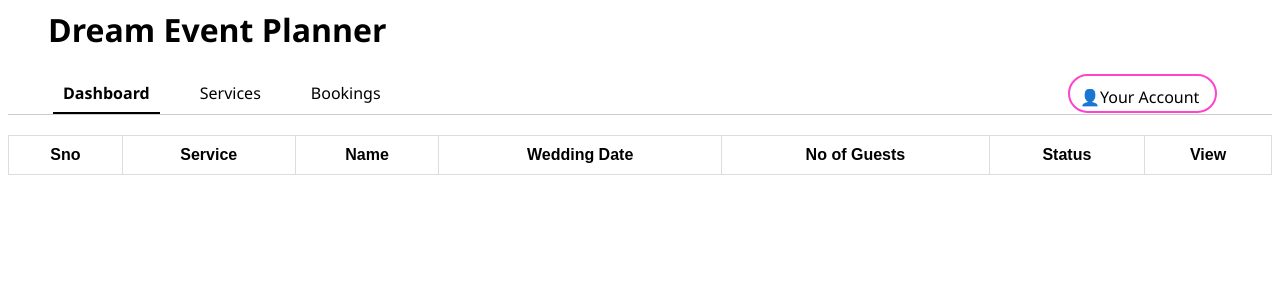
Repository: rajeshwari16945/Dream_Event_planner
Page: dep-admin-vendor-svc/src/main/resources/static/html/UserBookings.html
These files come from the project's save history. The page is drawn as it stood at one moment and after the next save; the edit follows.
The browser window is 1280 px wide. The pictures show the whole page.
The page's requests for data from a server got no answer.

Above is the page before, as saved 2025-03-08 21:06:26.

### dep-admin-vendor-svc/src/main/resources/static/html/UserBookings.html
<!DOCTYPE html>
<html>
	<head>
		<meta charset="UTF-8"/>
		<title>Dream Event Planner</title>
		<link type="text/css" rel="stylesheet" href="../css/style.css">
		<script src="https://ajax.googleapis.com/ajax/libs/jquery/3.7.1/jquery.min.js"></script>
		<script src="../javascript/vendorCheckSession.js"></script>
		<script src="../javascript/UserNavigationJQ.js"></script>
		<script src="../javascript/Bookings.js"></script>
		<script>
		  fetch('vendorNavigation.html')
		    .then(response => response.text())
		    .then(data => {
		      document.getElementById('content').innerHTML = data;
		    });
		</script>
	</head>
	<body>
		<div id="content"></div>
		<main>
			<table class="bookings-table">
				<thead class="bookings-thead"><tr><td>Sno</td><td>Service</td><td>Name</td><td>Wedding Date</td><td>No of Guests</td><td>Status</td><td>View</td></tr></thead>
				<tbody class="bookings-tbody" id="tbody"></tbody>
			</table>
		</main>
	</body>
</html>

### dep-admin-vendor-svc/src/main/resources/static/html/vendorNavigation.html
<!DOCTYPE html>
<html>
	<head>
		<meta charset="utf-8">
		<title>Dream Event Planner</title>
		<link type="text/css" rel="stylesheet" href="../css/style.css">
	</head>
	<body>
		<div class="user_nav_main">
			<h1 class="top-heading">Dream Event Planner</h1>
			<div class="topnav">
                <div class="float-left">
					<ul class="user-nav-menu">
	                    <li><a class="nav-items active" href="VendorDashboard.html">Dashboard</a></li>
	                    <li><a href="service.html">Services</a></li>
	                    <li><a class="nav-items" href="Bookings.html">Bookings</a></li>
					</ul>
                </div>
                <div class="float-right">
					<ul class="user-nav-menu">
						<li class="dropdown">
							<a href="" class="account-menu">👤Your Account</a>
							<ul class="dropdown-menu">
								<li><a href="VendorSettings.html">Account Settings</a></li>
								<li><button id="logoutButton">Log out</button></li>
							</ul>
						</li>
					</ul>
                </div>
            </div>
		</div>
	</body>
</html>

### dep-admin-vendor-svc/src/main/resources/static/html/userNavigation.html
<!DOCTYPE html>
<html>
	<head>
		<meta charset="utf-8">
		<title>Dream Event Planner</title>
		<link type="text/css" rel="stylesheet" href="../css/style.css">
		<script>
		    document.addEventListener("DOMContentLoaded", function () {
		        // Get the current page URL
		        let currentPage = window.location.pathname.split("/").pop();
		        // Select all navigation links
		        let navLinks = document.querySelectorAll(".user-nav-menu a");
		        // Loop through links and add the 'active' class if the href matches the page
		        navLinks.forEach(link => {
		            if (link.getAttribute("href") === currentPage) {
		                link.classList.add("active");
		            }
		        });
		    });
		</script>
	</head>
	<body>
		<div class="user_nav_main">
			<h1 class="top-heading">Dream Event Planner</h1>
			<div class="topnav">
                <div class="float-left">
					<ul class="user-nav-menu">
	                    <li><a class="nav-items active" href="dashboard.html">Dashboard</a></li>
	                    <li><a class="nav-items" href="invitation.html">Invitation</a></li>
						<li><a class="nav-items" href="PlanningTool.html">PlanningTool</a></li>
	                    <li class="dropdown">
							<a href="">Vendors</a>
							<ul class="dropdown-menu">
				                <li><a href="VendorList.html?type=Venue">Venue</a></li>
				                <li><a href="VendorList.html?type=Catering">Catering</a></li>
				                <li><a href="VendorList.html?type=Photographer">Photographers</a></li>
				            </ul>
						</li>
						<li><a class="nav-items" href="UserBookings.html">Bookings</a></li>
					</ul>
                </div>
                <div class="float-right">
					<ul class="user-nav-menu">
						<li class="dropdown">
							<a href="" class="account-menu">👤Your Account</a>
							<ul class="dropdown-menu">
								<li><a href="UserSettings.html">Account Settings</a></li>
								<li><button id="logoutButton">Log out</button></li>
							</ul>
						</li>
					</ul>
                </div>
            </div>
		</div>
	</body>
</html>

Loaded but not shown: dep-admin-vendor-svc/src/main/resources/static/javascript/Bookings.js (87 lines, source omitted); dep-admin-vendor-svc/src/main/resources/static/javascript/UserBookings.js (87 lines, source omitted); dep-admin-vendor-svc/src/main/resources/static/javascript/vendorCheckSession.js (48 lines, source omitted); dep-admin-vendor-svc/src/main/resources/static/javascript/checkSession.js (47 lines, source omitted); dep-admin-vendor-svc/src/main/resources/static/javascript/UserNavigationJQ.js (25 lines, source omitted); dep-admin-vendor-svc/src/main/resources/static/css/style.css (2134 lines, source omitted)

After the next save:
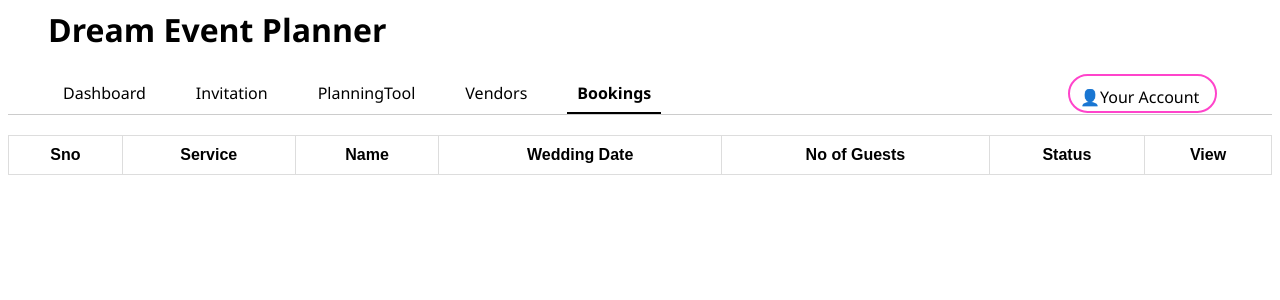
Saved 36 s later.
--- a/dep-admin-vendor-svc/src/main/resources/static/html/UserBookings.html
+++ b/dep-admin-vendor-svc/src/main/resources/static/html/UserBookings.html
@@ -5,11 +5,11 @@
 		<title>Dream Event Planner</title>
 		<link type="text/css" rel="stylesheet" href="../css/style.css">
 		<script src="https://ajax.googleapis.com/ajax/libs/jquery/3.7.1/jquery.min.js"></script>
-		<script src="../javascript/vendorCheckSession.js"></script>
+		<script src="../javascript/checkSession.js"></script>
 		<script src="../javascript/UserNavigationJQ.js"></script>
-		<script src="../javascript/Bookings.js"></script>
+		<script src="../javascript/UserBookings.js"></script>
 		<script>
-		  fetch('vendorNavigation.html')
+		  fetch('userNavigation.html')
 		    .then(response => response.text())
 		    .then(data => {
 		      document.getElementById('content').innerHTML = data;
